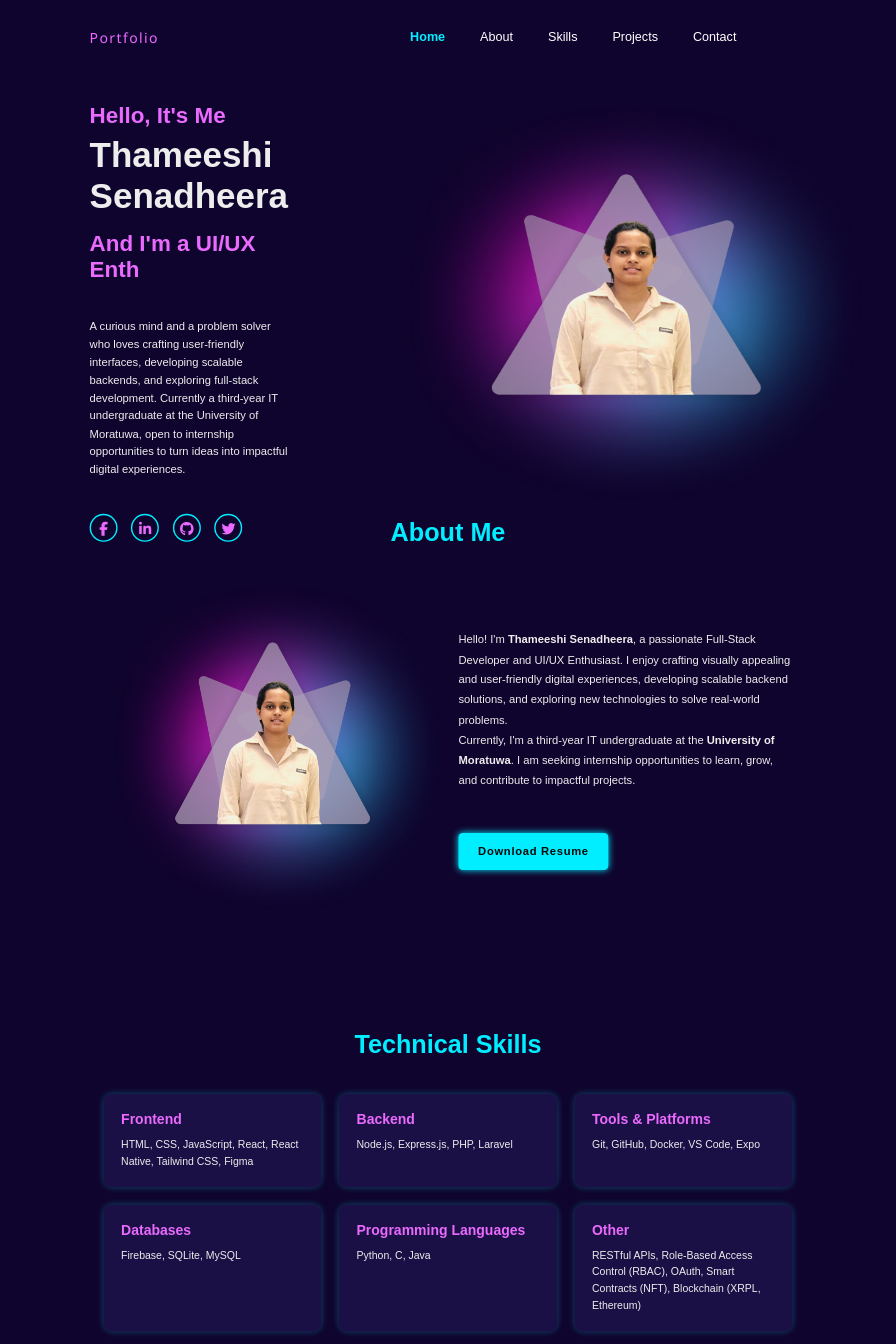
Repository: Thameeshi/portfolio-website
Page: http://localhost/
These files come from the project's save history. The page is drawn as it stood at one moment and after the next save; the edit follows.
The browser window is 1280 px wide. The pictures show the part of the page from y = 0 to 1920 px (the page is 3616 px tall), at 70% of full size.
Some web libraries are served in a nearby version. The page is served by the project's Node server (server.js).

Above is the page before, as saved 2025-09-10 11:35:06.

After the next save:
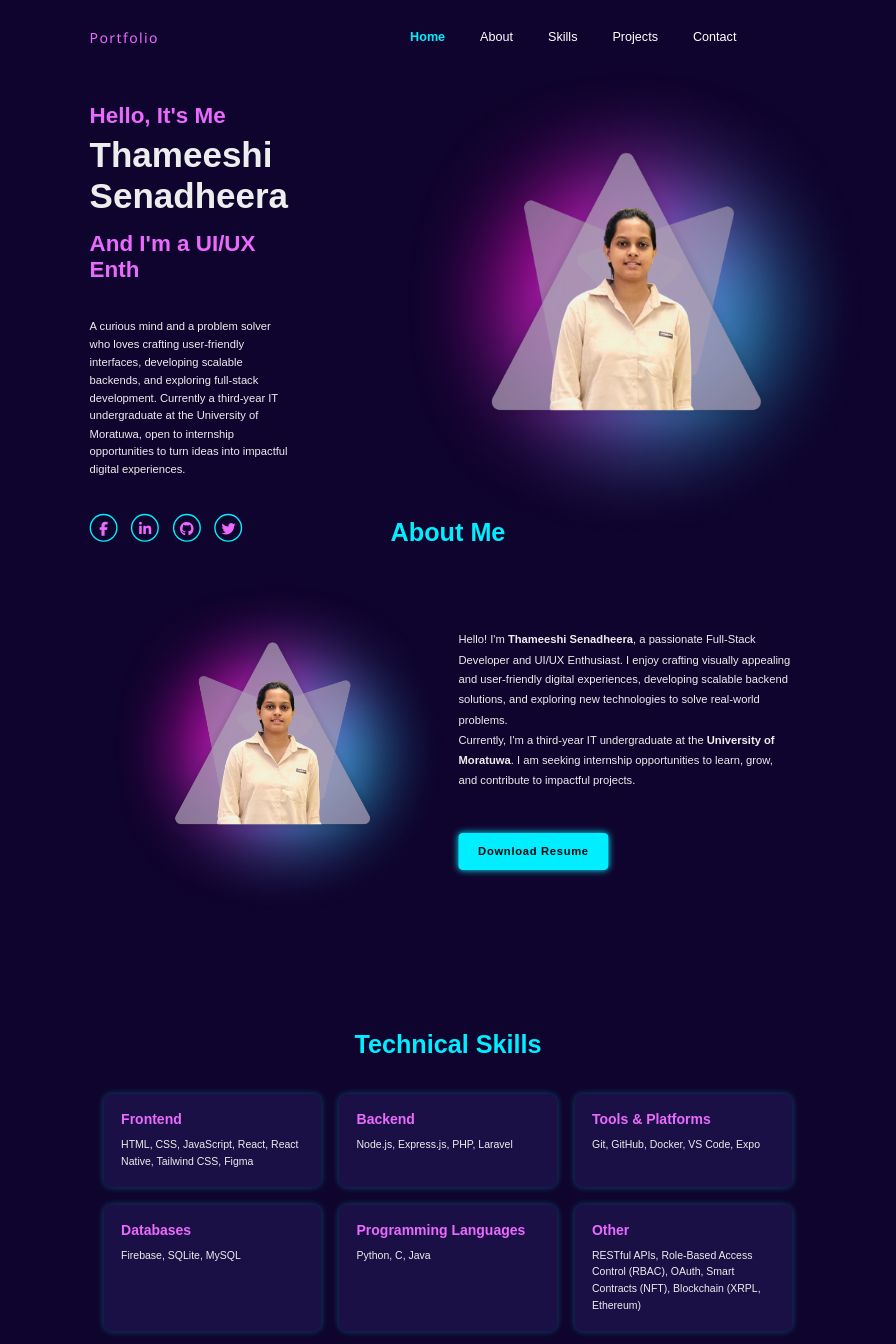
Saved 46 s later.
--- a/public/css/style.css
+++ b/public/css/style.css
@@ -132,7 +132,7 @@ body {
 
 .image img {
     width: 700px;
-    height: 600px;
+    height: 700px;
     margin-left: 100px;
     margin-top: 150px;
 }
